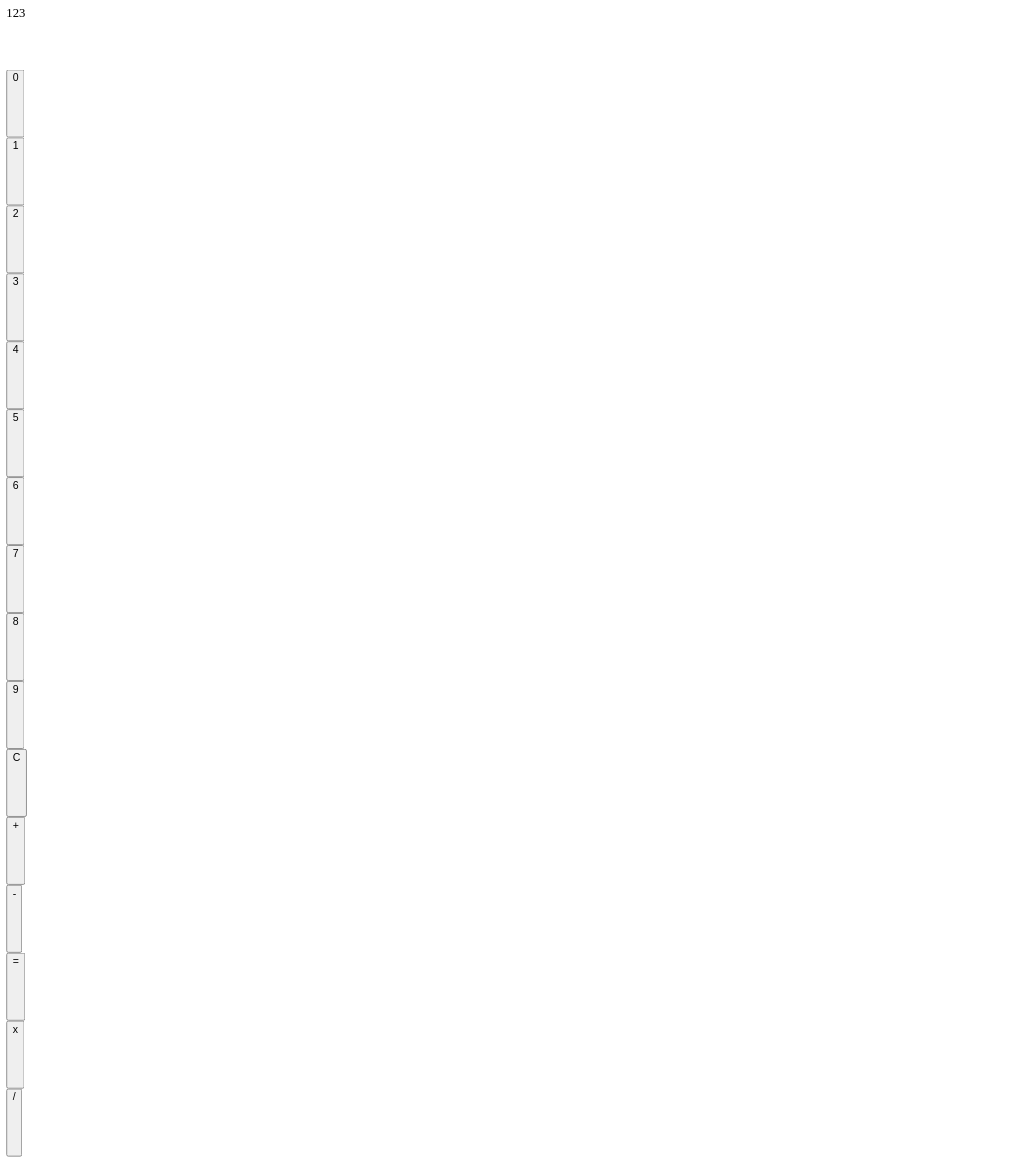
Repository: TEazy2433/LAB-calculator
Page: index.html
An editor plug-in stored every save of this project. The page is shown before and after the next save, followed by the edit.
The browser window is 1280 px wide. The pictures show the whole page, at 79% of full size.

Above is the page before, as saved 2023-10-13 15:50:41.

After the next save:
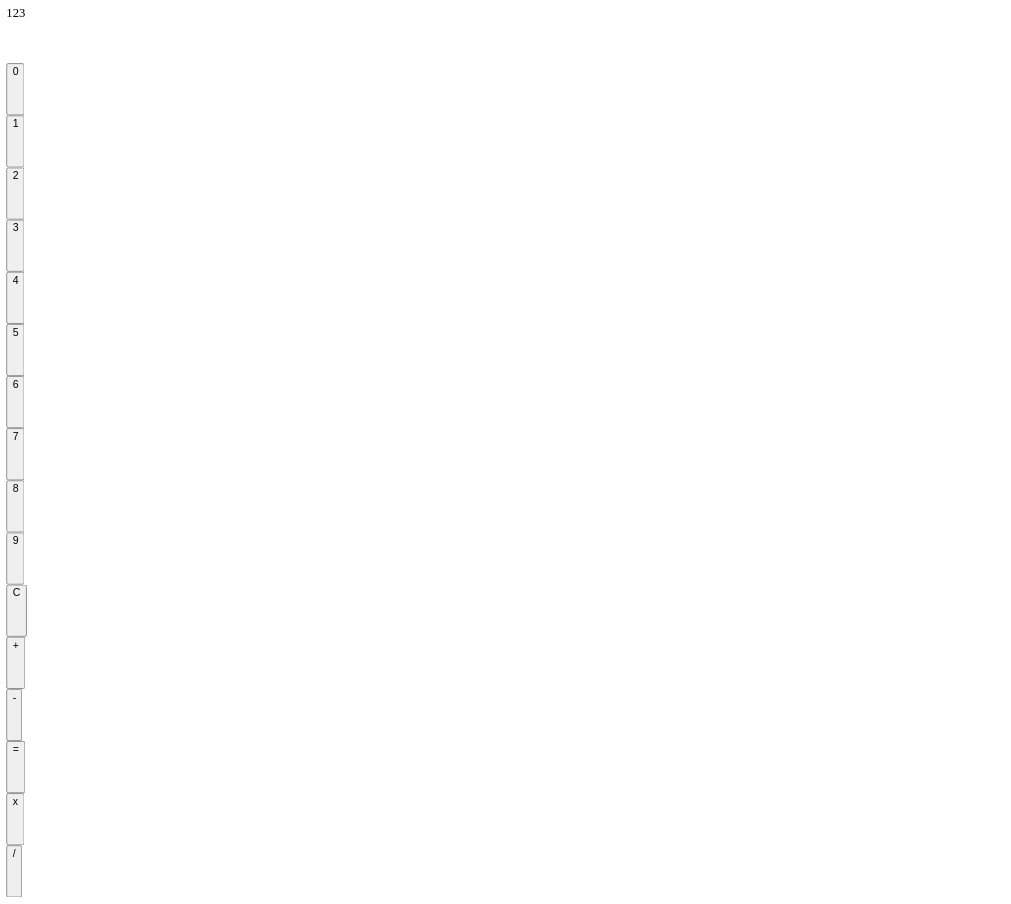
Saved 43 s later.
--- a/main.css
+++ b/main.css
@@ -1,5 +1,5 @@
 .buttons{
   display: grid;
-  grid-template-columns: repeat(4, 1r);
+  grid-template-rows: repeat(4,1fr);
   grid-auto-rows: 80px;
 }
